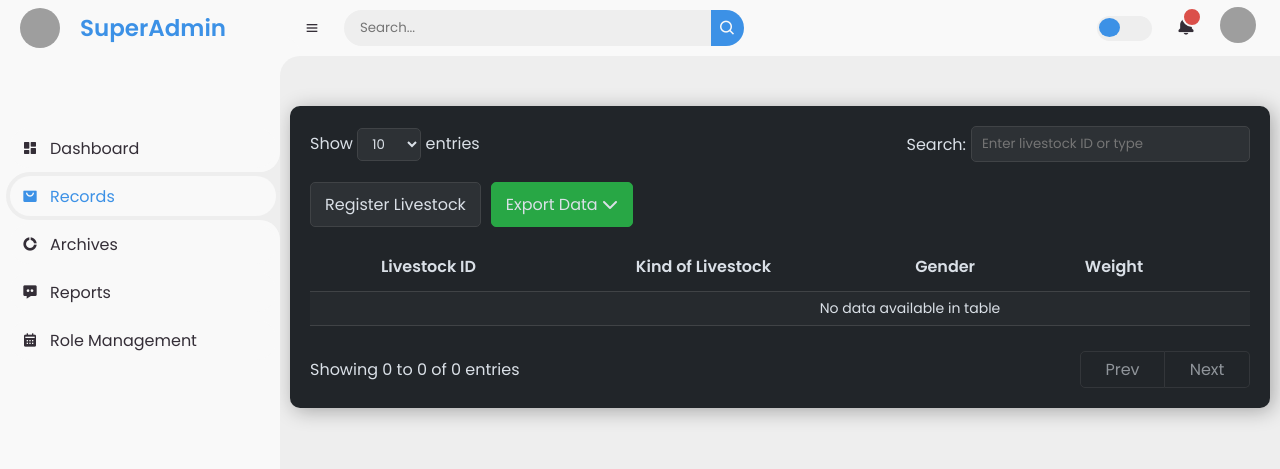
Repository: gaelly-ace/Capstone-System
Page: records.html
The author's editor kept a copy of each file at every save. The page is drawn from the files as they stood at one save, then again after the next save.
The browser window is 1280 px wide. The pictures show the whole page.
Pictures or frames that could not be fetched are drawn as grey boxes.

Above is the page before, as saved 2025-10-09 21:59:43.

### records.html
<!DOCTYPE html>
<html lang="en">
<head>
  <meta charset="UTF-8" />
  <meta name="viewport" content="width=device-width, initial-scale=1.0" />
  <title>PSMO - SuperAdmin</title>

  <!-- Boxicons -->
  <link href="https://unpkg.com/boxicons@2.0.9/css/boxicons.min.css" rel="stylesheet" />

  <!-- Font Awesome -->
  <link
    rel="stylesheet"
    href="https://cdnjs.cloudflare.com/ajax/libs/font-awesome/6.2.1/css/all.min.css"
    integrity="sha512-MV7K8+y+gLIBoVD59lQIYicR65iaqukzvf/nwasF0nqhPay5w/9lJmVM2hMDcnK1OnMGCdVK+iQrJ7lzPJQd1w=="
    crossorigin="anonymous"
    referrerpolicy="no-referrer"
  />

  <!-- SheetJS for Excel export -->
  <script src="https://cdnjs.cloudflare.com/ajax/libs/xlsx/0.18.5/xlsx.full.min.js"></script>

  <!-- jsPDF for PDF export -->
  <script src="https://cdnjs.cloudflare.com/ajax/libs/jspdf/2.5.1/jspdf.umd.min.js"></script>
  <script src="https://cdnjs.cloudflare.com/ajax/libs/jspdf-autotable/3.5.31/jspdf.plugin.autotable.min.js"></script>

  <!-- QR Code Scanner -->
  <script src="https://cdnjs.cloudflare.com/ajax/libs/html5-qrcode/2.3.8/html5-qrcode.min.js"></script>

  <!-- Custom CSS -->
  <link rel="stylesheet" href="records.css" />
</head>
<body>
  <!-- SIDEBAR -->
  <section id="sidebar">
    <a href="index.html" class="brand">
      <img src="IMAGES/PSMO.png" class="logo" alt="PSMO Logo" />
      <span class="text">SuperAdmin</span>
    </a>

    <ul class="side-menu top">
      <li>
        <a href="index.html">
          <i class="bx bxs-dashboard"></i>
          <span class="text">Dashboard</span>
        </a>
      </li>
      <li class="active">
        <a href="records.html">
          <i class="bx bxs-shopping-bag-alt"></i>
          <span class="text">Records</span>
        </a>
      </li>
      <li>
        <a href="archive.html">
          <i class="bx bxs-doughnut-chart"></i>
          <span class="text">Archives</span>
        </a>
      </li>
      <li>
        <a href="reports.html">
          <i class="bx bxs-message-dots"></i>
          <span class="text">Reports</span>
        </a>
      </li>
      <li>
        <a href="team.html">
          <i class="bx bxs-calendar"></i>
          <span class="text">Role Management</span>
        </a>
      </li>
    </ul>
  </section>
  <!-- SIDEBAR END -->

  <!-- CONTENT -->
  <section id="content">
    <!-- NAVBAR -->
    <nav>
      <i class="bx bx-menu"></i>
      <form action="#">
        <div class="form-input">
          <input type="search" placeholder="Search..." />
          <button type="submit" class="search-btn"><i class="bx bx-search"></i></button>
        </div>
      </form>

      <input type="checkbox" id="switch-mode" hidden />
      <label for="switch-mode" class="switch-mode"></label>

      <a href="notif.html" class="notification">
        <i class="bx bxs-bell"></i>
        <span class="num"></span>
      </a>

      <a href="profile.html" class="profile">
        <img src="IMAGES/" id="navbar-profile-img" alt="Profile" />
      </a>
    </nav>
    <!-- NAVBAR END -->

    <!-- LIVESTOCK RECORDS -->
    <div class="container">
      <header>
        <div class="filterEntries">
          <div class="entries">
            Show
            <select id="table_size">
              <option value="10">10</option>
              <option value="20">20</option>
              <option value="50">50</option>
              <option value="100">100</option>
            </select>
            entries
          </div>

          <div class="filter">
            <label for="search">Search:</label>
            <input type="search" id="search" placeholder="Enter livestock ID or type" />
          </div>
        </div>

        <div class="actionButtons">
          <button id="registerLivestockBtn">Register Livestock</button>
          <div class="exportMenu">
            <button class="exportBtn">
              Export Data <i class="fas fa-chevron-down"></i>
            </button>
            <div class="exportOptions">
              <button id="exportPDF">Export as PDF</button>
              <button id="exportExcel">Export as Excel</button>
            </div>
          </div>
        </div>
      </header>

      <div class="table-container">
        <table>
          <thead>
            <tr class="heading">
              <th>Livestock ID</th>
              <th>Kind of Livestock</th>
              <th>Gender</th>
              <th>Weight</th>
              <th>Status</th>
              <th>Action</th>
            </tr>
          </thead>
          <tbody class="userInfo">
            <!-- Data dynamically loaded here -->
          </tbody>
        </table>
      </div>

      <footer>
        <span class="showEntries">Showing 1 to 10 of 0 entries</span>
        <div class="pagination"></div>
      </footer>
    </div>

    <!-- PROFILE DROPDOWN + THEME TOGGLE -->
    <script>
      document.addEventListener("DOMContentLoaded", () => {
        // Profile dropdown
        const profile = document.querySelector(".profile");
        const dropdown = document.createElement("div");
        dropdown.id = "profileDropdown";
        dropdown.style.display = "none";
        dropdown.style.position = "absolute";
        dropdown.style.background = "#fff";
        dropdown.style.border = "1px solid #ddd";
        dropdown.style.borderRadius = "10px";
        dropdown.style.boxShadow = "0 4px 12px rgba(0,0,0,0.15)";
        dropdown.style.padding = "5px 0";
        dropdown.style.width = "140px";
        dropdown.style.fontFamily = "Poppins, sans-serif";
        dropdown.style.fontSize = "14px";
        dropdown.style.zIndex = "1000";
        dropdown.style.transition = "opacity 0.2s ease";

        dropdown.innerHTML = `
          <a href="profile.html" style="display:block;padding:10px 15px;text-decoration:none;color:#111;">Profile</a>
          <a href="#" id="logoutBtn" style="display:block;padding:10px 15px;text-decoration:none;color:#111;">Logout</a>
        `;
        document.body.appendChild(dropdown);

        profile.addEventListener("click", (e) => {
          e.preventDefault();
          const rect = profile.getBoundingClientRect();
          dropdown.style.top = `${rect.bottom + window.scrollY + 10}px`;
          dropdown.style.left = `${rect.left - 30}px`;
          dropdown.style.display = dropdown.style.display === "block" ? "none" : "block";
        });

        document.addEventListener("click", (e) => {
          if (!e.target.closest(".profile") && !e.target.closest("#profileDropdown")) {
            dropdown.style.display = "none";
          }
        });

        document.addEventListener("click", (e) => {
          if (e.target.id === "logoutBtn") {
            localStorage.clear();
            sessionStorage.clear();
            window.location.href = "sign.html";
          }
        });
      });
    </script>

    <!-- LIVESTOCK REGISTER POPUP -->
    <div class="dark_bg">
      <div class="popup">
        <header>
          <h2 class="modalTitle">Register New Livestock</h2>
          <button class="closeBtn">&times;</button>
        </header>

        <div class="body">
          <form id="myForm">
            <div class="inputFieldContainer">
              <div class="form_control">
                <label for="livestockId">Livestock ID:</label>
                <div class="id-input-container">
                  <input type="text" id="livestockId" required />
                  <button type="button" id="qrScanBtn" class="qr-scan-btn">
                    <i class="fas fa-qrcode"></i> Scan QR
                  </button>
                </div>
              </div>

              <div class="form_control">
                <label for="kindOfLivestock">Kind of Livestock:</label>
                <select id="kindOfLivestock" required>
                  <option value="">Select type</option>
                  <option value="Pig">Pig</option>
                  <option value="Cattle">Cattle</option>
                  <option value="Carabao">Carabao</option>
                </select>
              </div>

              <div class="form_control">
                <label for="gender">Gender:</label>
                <select id="gender" required>
                  <option value="">Select gender</option>
                  <option value="Male">Male</option>
                  <option value="Female">Female</option>
                </select>
              </div>

              <div class="form_control">
                <label for="weight">Weight (kg):</label>
                <input type="number" id="weight" step="0.1" min="0" required />
              </div>

              <div class="form_control">
                <label for="status">Status:</label>
                <select id="status" required>
                  <option value="">Select status</option>
                  <option value="In Entry Point">In Entry Point</option>
                  <option value="In Holding Pen">In Holding Pen</option>
                  <option value="In Slaughter House">In Slaughter House</option>
                  <option value="In Exit Point">In Exit Point</option>
                  <option value="Anomaly Detected">Anomaly Detected</option>
                </select>
              </div>
            </div>
          </form>
        </div>

        <footer class="popupFooter">
          <button type="button" class="cancelBtn" style="display: none;">Cancel</button>
          <button form="myForm" class="submitBtn">Submit</button>
        </footer>
      </div>
    </div>

    <!-- QR Scanner Modal -->
    <div class="qr_scanner_bg">
      <div class="qr_scanner_popup">
        <header>
          <h2>QR Code Scanner</h2>
          <button class="closeQRBtn">&times;</button>
        </header>
        <div class="scanner-container">
          <div id="qr-reader"></div>
        </div>
      </div>
    </div>
  </section>

  <!-- EXTERNAL SCRIPT -->
  <script src="records.js"></script>
</body>
</html>

Loaded but not shown: records.js (672 lines, source omitted); records.css (1280 lines, source omitted)

After the next save:
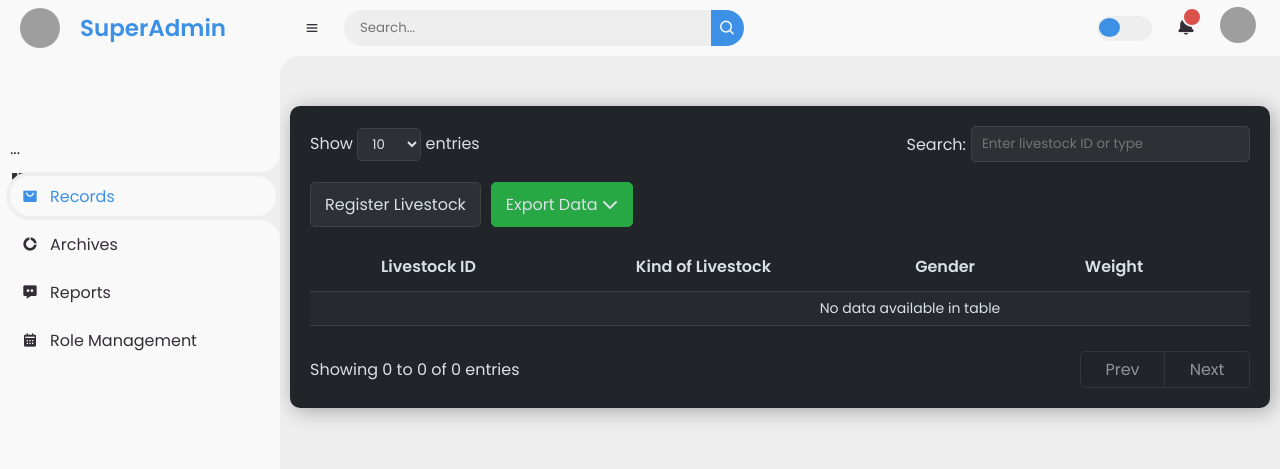
Saved 3 min 47 s later.
--- a/records.html
+++ b/records.html
@@ -40,7 +40,8 @@
 
     <ul class="side-menu top">
       <li>
-        <a href="index.html">
+        <a href="index.html">...</a>
+
           <i class="bx bxs-dashboard"></i>
           <span class="text">Dashboard</span>
         </a>

After the 5 saves that followed:
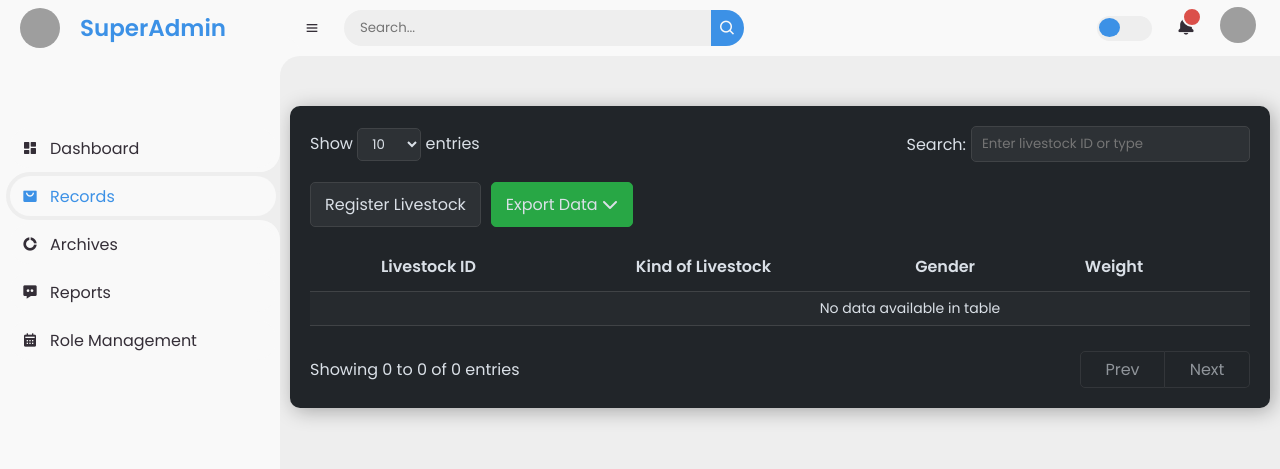
The 5 saves are shown as one change because 2 left the picture as it was and some came seconds apart.
The last was saved 45 s later.
--- a/records.html
+++ b/records.html
@@ -40,8 +40,7 @@
 
     <ul class="side-menu top">
       <li>
-        <a href="index.html">...</a>
-
+        <a href="index.html">
           <i class="bx bxs-dashboard"></i>
           <span class="text">Dashboard</span>
         </a>
